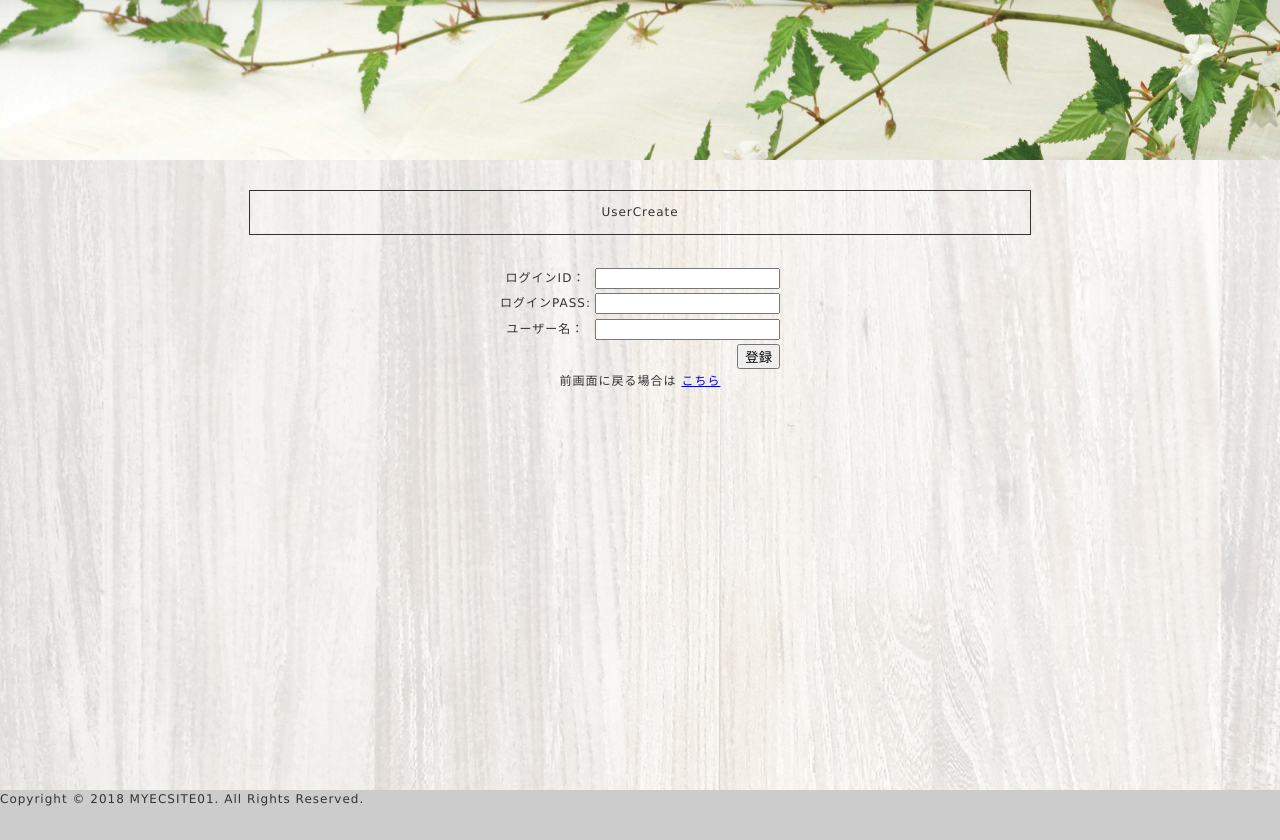
Repository: hiranatsu/ECtest
Page: http://localhost/myecsite01/userCreate.jsp
An editor plug-in stored every save of this project. The page is shown before and after the next save, followed by the edit.
The browser window is 1280 px wide. The pictures show the whole page.
The page is served by Tomcat 9.

Above is the page before, as saved 2018-09-20 05:35:49.

After the next save:
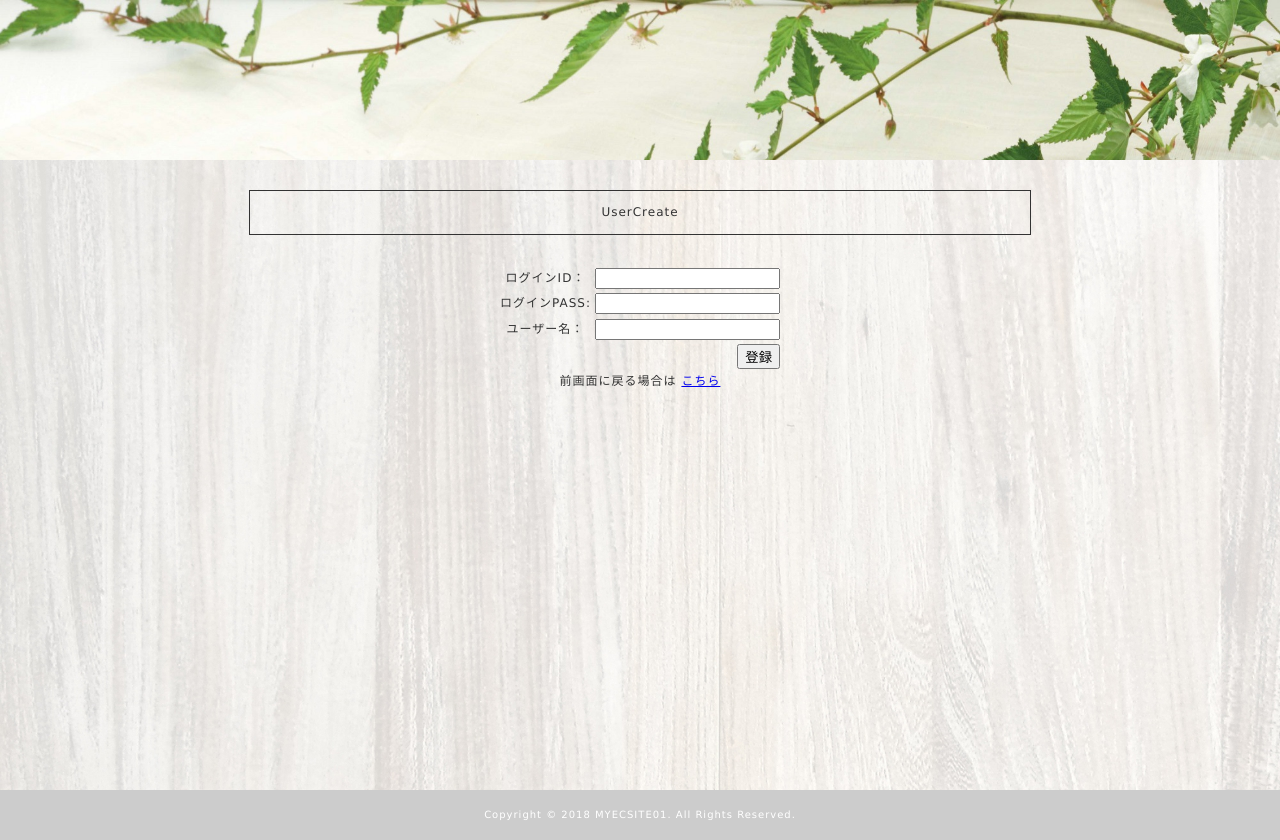
Saved 89 s later.
--- a/myecsite01/WebContent/userCreate.jsp
+++ b/myecsite01/WebContent/userCreate.jsp
@@ -54,6 +54,10 @@
 	width:100%;
 	height:50px;
 	background-color:#CCCCCC;
+	text-align:center;
+	line-height:50px;
+	font-size:10px;
+	color:white;
 	clear:both;
 	}
 
